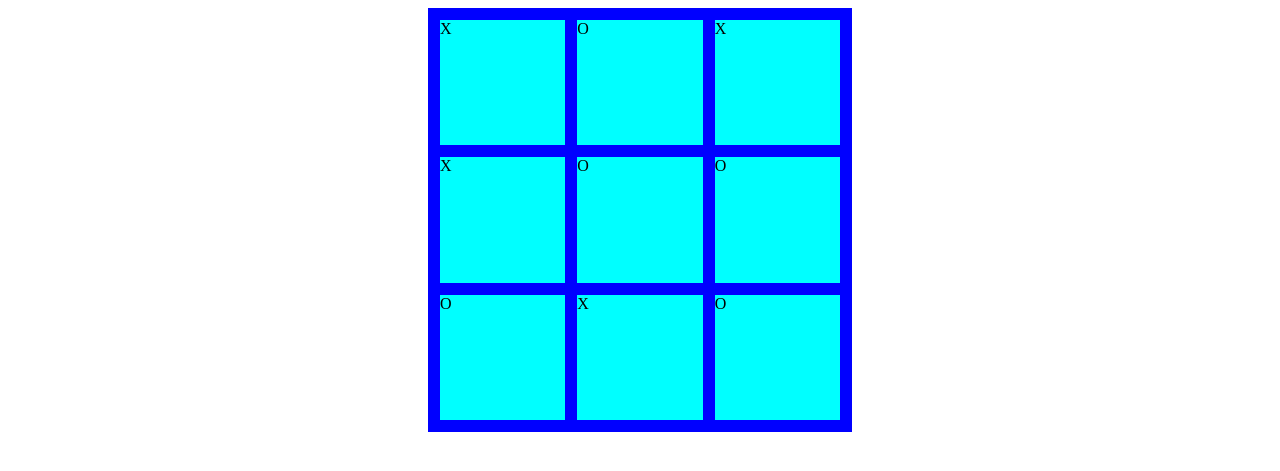
Repository: yeetzpxoci/tic-tac-toe
Page: index.html
These files come from the project's save history. The page is drawn as it stood at one moment and after the next save; the edit follows.
The browser window is 1280 px wide. The pictures show the whole page.

Above is the page before, as saved 2023-02-22 20:34:50.

### index.html
<!DOCTYPE html>
<html lang="en">
<head>
    <meta charset="UTF-8">
    <meta http-equiv="X-UA-Compatible" content="IE=edge">
    <meta name="viewport" content="width=device-width, initial-scale=1.0">
    <title>Tic Tac Toe</title>
    <link rel="stylesheet" type="text/css" href="styles.css" />
</head>
<body>
    <div class="board">
        <div class="square">
        </div>

        <div class="square">
        </div>

        <div class="square">
        </div>

        <div class="square">
        </div>

        <div class="square">
        </div>

        <div class="square">
        </div>

        <div class="square">
        </div>

        <div class="square">
        </div>

        <div class="square">
        </div>
    </div>
<script src="script.js"></script>
</body>
</html>

### styles.css
body {
    display: flex;
    justify-content: center;
    align-items: center;
    min-width: 100vh;
}

.board {
    height: 400px;
    width: 400px;
    background-color: blue;
    padding: 12px;
    gap: 12px;
    display: grid;
    grid-template-columns: repeat(3, 1fr);
    grid-template-rows: repeat(3, 1fr);
}

.square {
    background-color: aqua;
}

### script.js
const gameBoard = (() => {
    let gameBoard = ["X", "O", "X", "X", "O", "O", "O", "X", "O"];
    return {
        gameBoard
    };
})();

const players = (name) => {
    const play = () => console.log('hello!');
    return {name, play};
};

function renderBoard() {
    for (let i = 0; i < gameBoard.gameBoard.length; i++) {
        document.getElementsByClassName("square")[i].innerHTML = gameBoard.gameBoard[i];
    }
}

renderBoard();

After the next save:
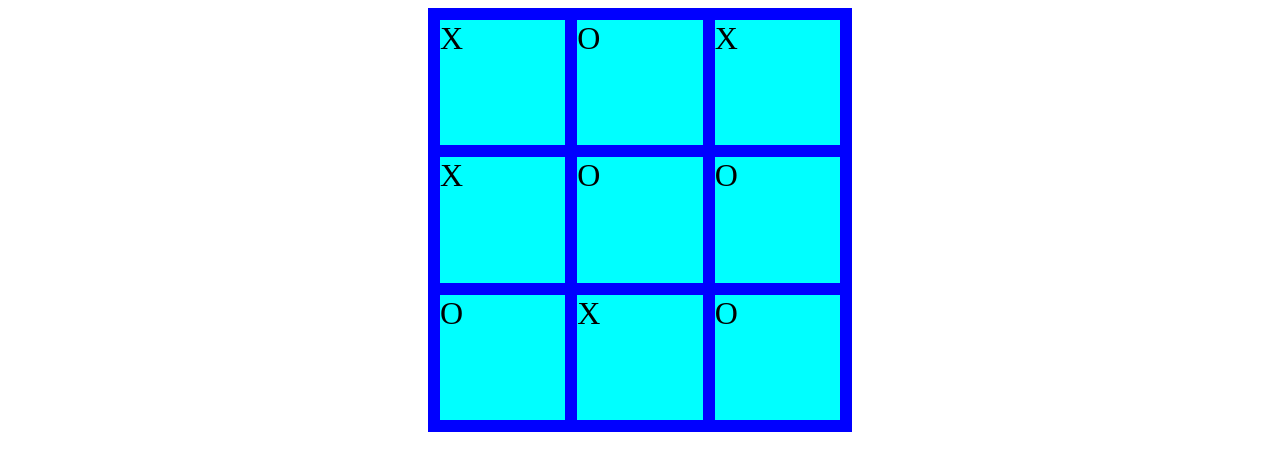
Saved 51 s later.
--- a/styles.css
+++ b/styles.css
@@ -11,6 +11,7 @@ body {
     background-color: blue;
     padding: 12px;
     gap: 12px;
+    font-size: 32px;
     display: grid;
     grid-template-columns: repeat(3, 1fr);
     grid-template-rows: repeat(3, 1fr);
